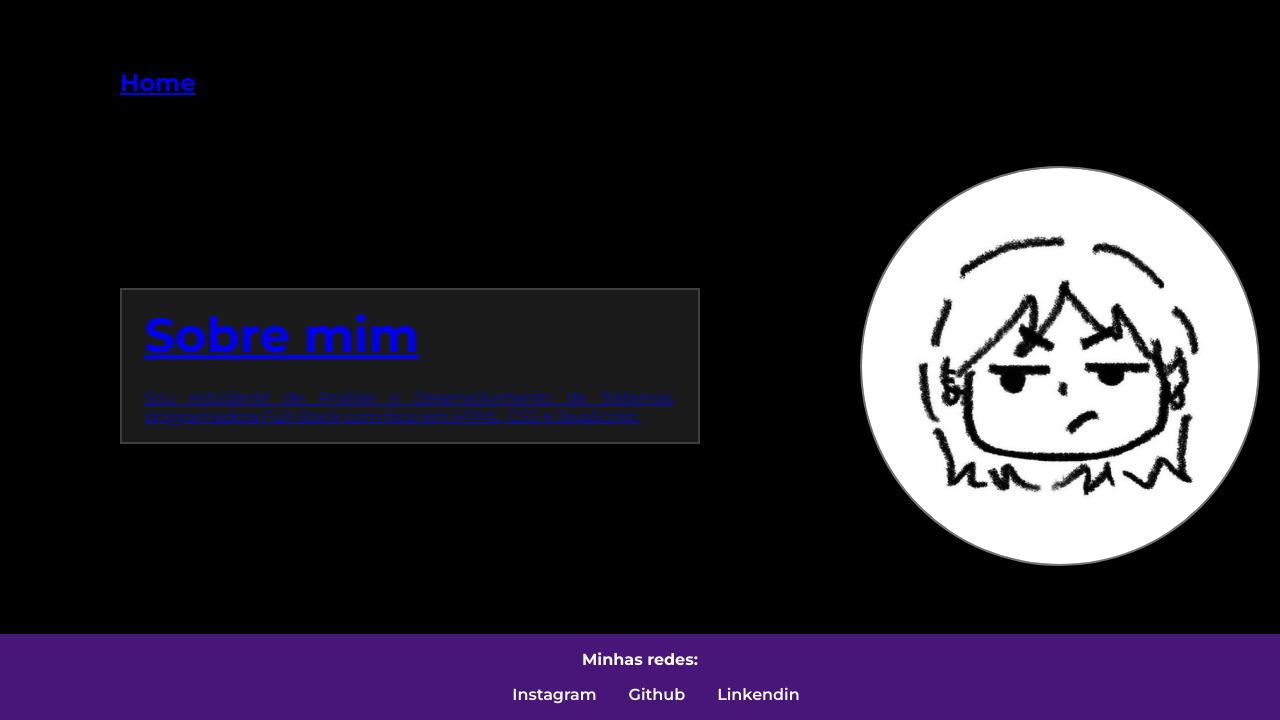
Repository: analessp/portfolio-developer
Page: index.html
An editor plug-in stored every save of this project. The page is shown before and after the next save, followed by the edit.
The browser window is 1280 px wide. The pictures show the whole page.

Above is the page before, as saved 2025-04-24 10:32:24.

### index.html
<!DOCTYPE html>
<html lang="pt-BR">
<head>
    <meta charset="UTF-8">
    <meta name="viewport" content="width=device-width, initial-scale=1.0">
    <title>Portfólio de Ana Lessa</title>
    <link rel="stylesheet" href="style.css">
    <link rel="stylesheet" href="https://cdnjs.cloudflare.com/ajax/libs/font-awesome/6.5.0/css/all.min.css" />
</head>
<body>
    <header>
        <nav>
            <uL class="navbar-list">
                <li>
                    <a href="/index.html" class="page active">Home</a>
                </li>
                <li>
                    <a href="/about-me.html" class="page" mim</li>
            </uL>
        </nav>
    </header>
    <main>
        <div class="about-me">
            <h1>Sobre mim</h1>
            <p>Sou estudante de Análise e Desenvolvimento de Sistemas, programadora Full-Stack com foco em HTML, CSS e JavaScript.</p>
        </div>
        <img src="/assets/avatar.jfif" alt="Avatar de Ana Lessa" class="about-me-image">
    </main>
    <footer>
        <h4>Minhas redes:</h4>
        <ul>
            <li>
                <a *href*="#">Instagram</a>

            </li>
            <li> <a *href*="#">Github</a></li>
            <li> <a *href*="#">Linkendin</a></li>
            </ul>
    </footer>
</body>
</html>

### style.css
@import url('https://fonts.googleapis.com/css2?family=Montserrat:ital,wght@0,100..900;1,100..900&display=swap');

* {
    margin: 0;
    padding: 0;
    box-sizing: border-box;
    font-family: "Montserrat", sans-serif;
}

body {
    display: flex;
    flex-direction: column;
    justify-content: space-between;
    height: 100vh;
    width: 100%;
    background-color: black;
    color: white;
}

.navbar-list {
    padding-left: 120px;
    padding-top: 68px;
    display: flex;
    gap: 4rem;
    list-style-type: none;
    color: #7209b7;
    font-weight: 700;
    font-size: 1.5rem;
    margin-bottom: 3rem;
}

main {
    padding-left: 120px;
    display: flex;
    gap: 10rem;
    align-items: center;
}

.about-me {
    background-color: rgba(255, 255, 255, 0.1);
    display: flex;
    flex-direction: column;
    gap: 1.5rem;
    width: 50%;
    text-align: justify;
    padding: 1rem 1.4rem;
    border: 2px solid rgb(63, 63, 63);
}

.about-me h1 {
    font-size: 3rem;
}

.about-me p {
    font-weight: 300;
}

.about-me-image {
    width: 25rem;
    border-radius: 50%;
    border: 2px solid rgba(208, 208, 208, 0.552);
    height: fit-content;
}

footer {
    margin-top: 3rem;
    padding-top: 1rem;
    background-color: rgb(72, 22, 120);
    display: flex;
    flex-direction: column;
    align-items: center;
    gap: 1rem;
}

footer ul {
    display: flex;
    gap: 2rem;
    list-style-type: none;
    margin-bottom: 1rem;
}

footer a {
    text-decoration: none;
    color: white;
    font-weight: 600;
}

@media only screen and (max-width: 768px) {

    body {
        justify-content: center;
    }

    .navbar-list {
        justify-content: center;
        padding-left: 0;
        padding-top: 40px;
        margin-bottom: 0;
    }

    main {
        margin-top: 0;
        flex-direction: column-reverse;
        padding-left: 0;
        gap: 0;
    }

    .about-me-image {
        width: 18rem;
    }

    .about-me {
        width: 70%;
        height: 50px;
        overflow-y: auto;
    }

    .about-me h1 {
        text-align: center;
    }

    .about-me p {
        font-size: 1.2rem;
    }

}

After the next save:
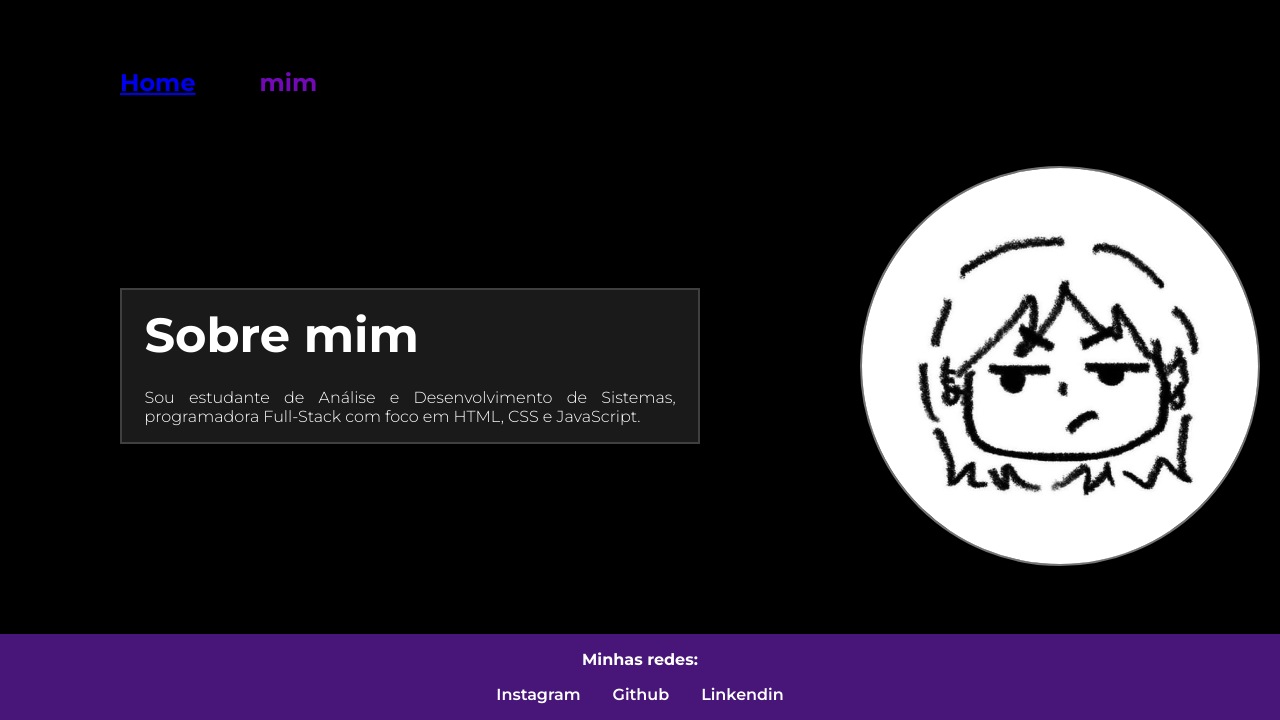
Saved 5 s later.
--- a/index.html
+++ b/index.html
@@ -15,7 +15,7 @@
                     <a href="/index.html" class="page active">Home</a>
                 </li>
                 <li>
-                    <a href="/about-me.html" class="page" mim</li>
+                    <a href="/about-me.html" class="page"></a> mim</li>
             </uL>
         </nav>
     </header>
